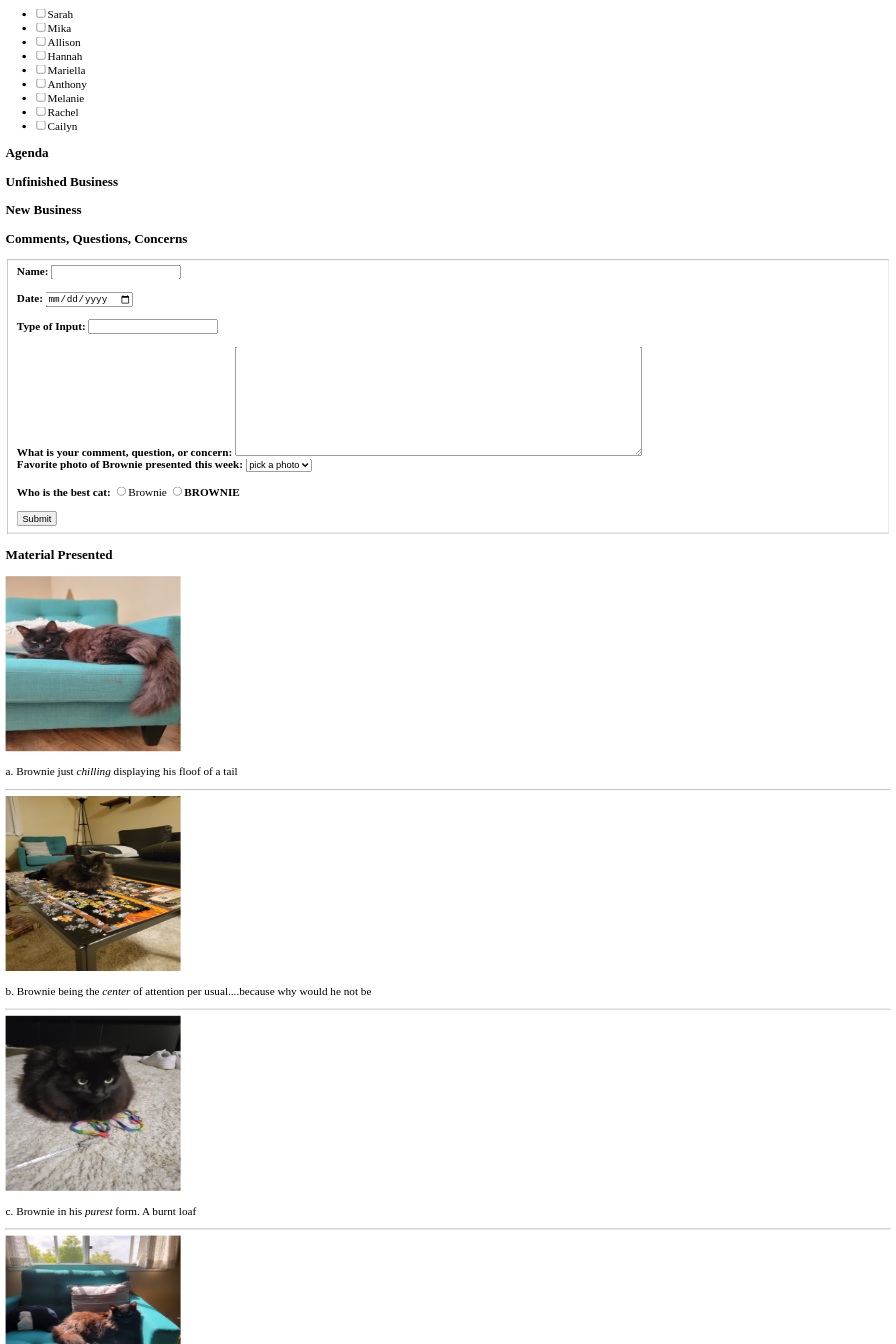
Repository: sarahtthomson/fa22-cse110-lab3
Page: index.html
These files come from the project's save history. The page is drawn as it stood at one moment and after the next save; the edit follows.
The browser window is 1280 px wide. The pictures show the part of the page from y = 403 to 2323 px (the page is 2949 px tall before and 3058 px after), at 70% of full size.

Above is the page before, as saved 2022-10-08 19:34:45.

### index.html
<!DOCTYPE html>
<html lang="en">
    <head>
        <Title>Team Brownie</Title>
        <meta name="description" content="Meeting minutes for Team Brownie">
        <link rel="icon" href="favicon.ico">
    </head>
    <body>
        <header>
            <h1>Team Brownie Meeting 1</h1>
            <h2>Overview</h2>
            <h3>10/07/2022</h3>
        </header>
        <main>
            <nav class="nav">
                <section>
                    <h3>Navigation</h4>
                    <ol>
                        <li><a href="#Attendance" >Attendance</a></li>
                        <li><a href="#Agenda">Agenda</a></li>
                        <li><a href="#Unfinished">Unfinished Business</a></li>
                        <li><a href="#New">New Business</a></li>
                        <li><a href="#Comments">Comments, Questions, Concerns</a></li>
                        <li><a href="#Material">Material Presented</a></li>
                        <li><a href="#Audio">Audio of Meeting</a></li>
                        <li><a href="#Video">Video of Meeting</a></li>
                    </ol>
                </section>
            </nav>
            <div class="Attendance" id="Attendance">
                <h3>Attendance</h3>
                <ul>
                    <li><input type="checkbox">Sarah</li>
                    <li><input type="checkbox">Mika</li>
                    <li><input type="checkbox">Allison</li>
                    <li><input type="checkbox">Hannah</li>
                    <li><input type="checkbox">Mariella</li>
                    <li><input type="checkbox">Anthony</li>
                    <li><input type="checkbox">Melanie</li>
                    <li><input type="checkbox">Rachel</li>
                    <li><input type="checkbox">Cailyn</li>
                </ul>
            </div>
            <div class="Agenda" id="Agenda">
                <h3>Agenda</h3>

            </div>
            <div class="Unfinished" id="Unfinished">
                <h3>Unfinished Business</h3>
            </div>
            <div class="New" id="New">
                <h3>New Business</h3>
            </div>
            <div class="Comments" id="Comments">
                <h3>Comments, Questions, Concerns</h3>
                <form method="get" class="cqc" id="form">
                    <fieldset>
                        <label for="name"><b>Name:</b></label>
                        <input type="text" name="name" id="name">
                        <br>
                        <br>
                        <label for="date"><b>Date:</b></label>
                        <input type="date" name="date" id="date">
                        <br>
                        <br>
                        <label for="cqorc"><b>Type of Input:</b></label>
                        <input list="type-of-input" id="choice" name="choice">
                        <br>
                        <datalist id="type-of-input">
                            <option value="comment">
                            <option value="question">
                            <option value="concern">
                        </datalist>
                        <br>
                        <label for="textbox"><b>What is your comment, question, or concern:</b></label>
                        <textarea id="textbox" name="textbox" rows="10" cols="70"></textarea>
                        <br>
                        <label for="best-photo"><b>Favorite photo of Brownie presented this week:</b></label>
                        <select name="photos" id="photo-select">
                            <option value="">pick a photo</option>
                            <option value="a">a</option>
                            <option value="b">b</option>
                            <option value="c">c</option>
                            <option value="d">d</option>
                            <option value="e">e</option>
                        </select>
                        <br>
                        <br>
                        <label for="best"><b>Who is the best cat:</b></label>
                        <input type="radio" id="brownie" name="cat"><label for="brownie">Brownie</label>
                        <input type="radio" id="brownie!" name="cat"><label for="brownie!"><strong>BROWNIE</strong></label>
                        <br>
                        <br>
                        <button type="submit" form="form">Submit</button>
                    </fieldset>
                </form>
            </div>
            <div class="Material" id="Material">
                <h3>Material Presented</h3>
                <img height="250" width="250" src="cat.jpg">
                <p>a. Brownie just <em>chilling</em> displaying his floof of a tail</p>
                <hr>
                <img height="250" width="250" src="cat1.jpg">
                <p>b. Brownie being the <i>center</i> of attention per usual....because why would he not be</p>
                <hr>
                <img height="250" width="250" src="cat2.jpg">
                <p>c. Brownie in his <em>purest</em> form. A burnt loaf</p>
                <hr>
                <img height="250" width="250" src="cat3.jpg">
                <p>d. Brownie being the ray of <i>sunshine</i> that he is</p>
                <hr>
                <img height="250" width="250" src="cat4.jpeg">
                <p>e. Brownie being a tunnel floof</p>
                <hr>
                <details><summary>Disclaimer</summary>There are only 5 photos of the week because Brownie will not work on weekends</details>
            </div>
            <div class="Audio" id="Audio">
                <h3>Audio of Meeting</h3>
            </div>
            <div class="Video" id="Video">
                <h4>Video of Meeting</h4>
            </div>
        </main>
        <footer>
            <p>by Sarah Thomson, 2022 CSE 110</p>
        </footer>

    </body>
</html>

After the next save:
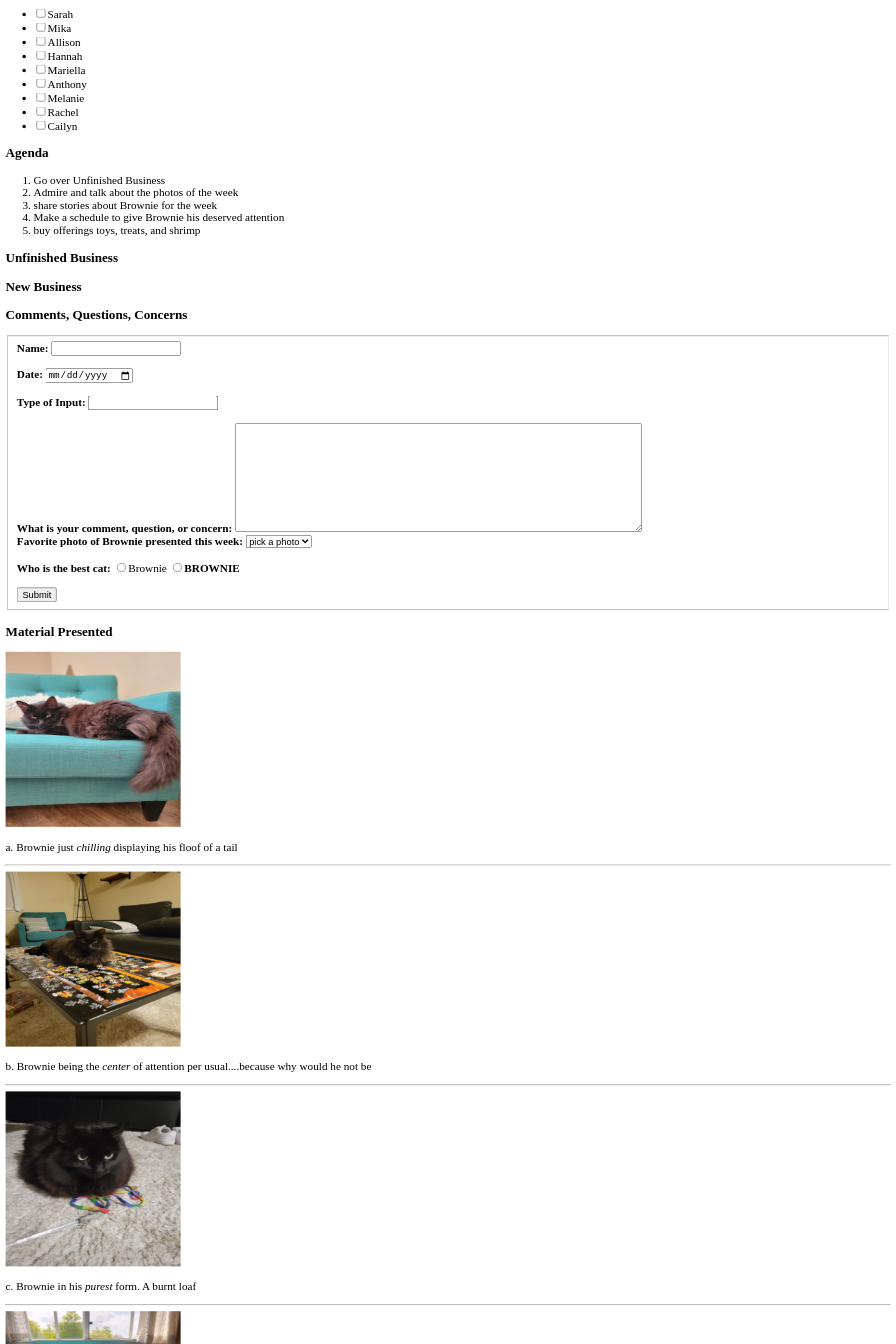
Saved 7 min 21 s later.
--- a/index.html
+++ b/index.html
@@ -43,7 +43,13 @@
             </div>
             <div class="Agenda" id="Agenda">
                 <h3>Agenda</h3>
-
+                <ol>
+                    <li>Go over Unfinished Business</li>
+                    <li>Admire and talk about the photos of the week</li>
+                    <li>share stories about Brownie for the week</li>
+                    <li>Make a schedule to give Brownie his deserved attention</li>
+                    <li>buy offerings <span class="offering">toys</span>, <span class="offering">treats</span>, and <span class="offering">shrimp</span></li>
+                </ol>
             </div>
             <div class="Unfinished" id="Unfinished">
                 <h3>Unfinished Business</h3>
